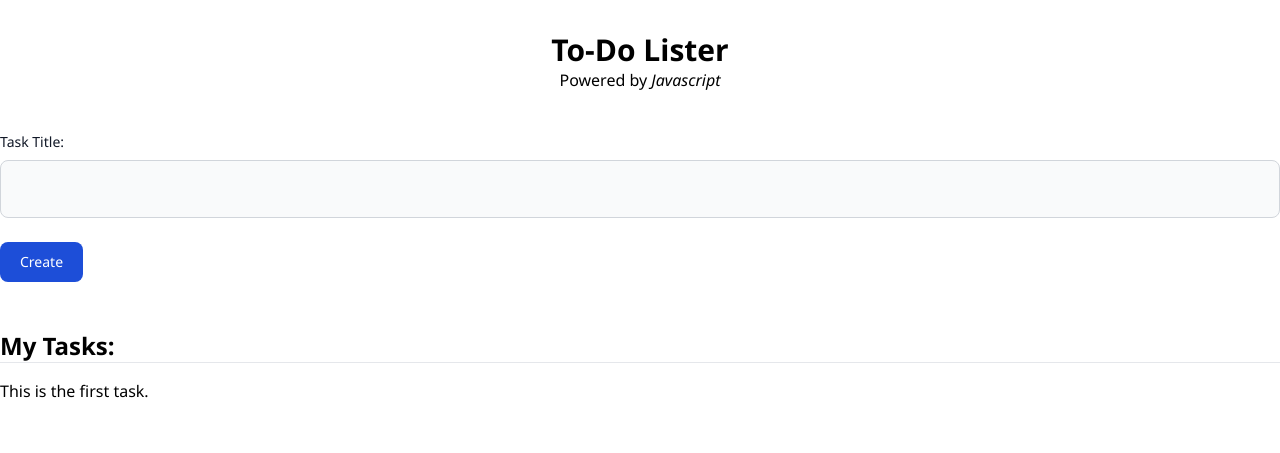
Repository: vxyux/to-do-lister
Page: index.html
An editor plug-in stored every save of this project. The page is shown before and after the next save, followed by the edit.
The browser window is 1280 px wide. The pictures show the whole page.
Some web libraries are served in a nearby version.

Above is the page before, as saved 2023-09-04 15:35:00.

After the next save:
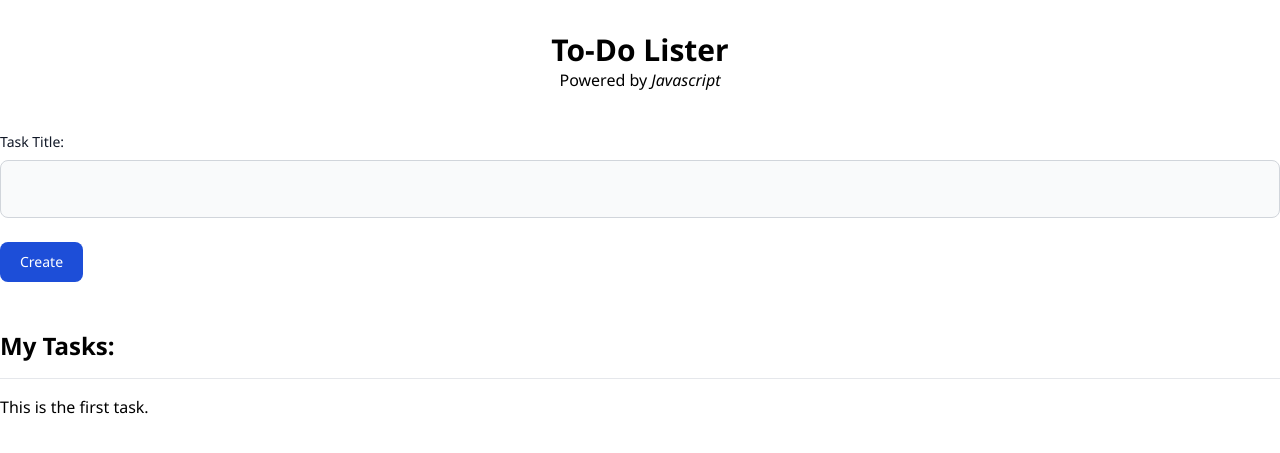
Saved 10 s later.
--- a/index.html
+++ b/index.html
@@ -35,7 +35,7 @@
     </div>
 
     <div class="mt-10">
-      <h3 class="text-2xl font-bold">My Tasks:</h3>
+      <h3 class="text-2xl mb-4 font-bold">My Tasks:</h3>
       <hr>
       <ul class="mt-4" id="to-dos">
         <li class="task_item">
